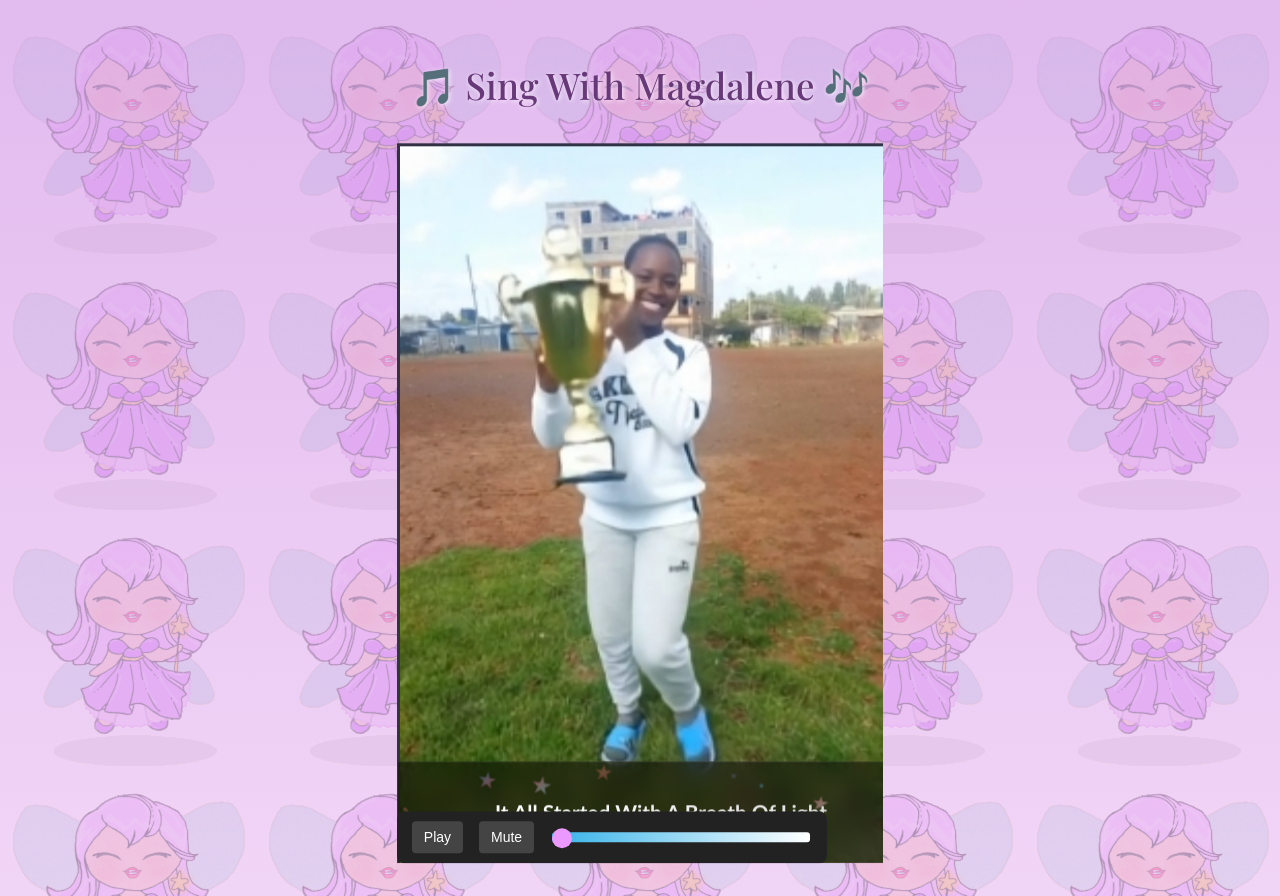
Repository: VladimirGagarin/Meg
Page: /song/beginning
These files come from the project's save history. The page is drawn as it stood at one moment and after a run of saves; the edit follows.
The browser window is 1280 px wide. The pictures show the whole page.
The project was rebuilt for these pictures with package versions that can differ from the ones it lists, and the page was loaded fresh each time. Also part of the build but not shown: vite.config.js, src/components/SongCard.css, src/components/SongCard.jsx, src/pages/HomeScreen.css, src/pages/HomeScreen.jsx. Imported but missing from the stored project, and not drawn on this page: src/assets/audios/IamMagdalene.mp3, src/assets/audios/The beginning.mp3, src/assets/audios/meg.mp3.

Above is the page before, as saved 2025-07-07 13:44:45.

After the next 4 saves:
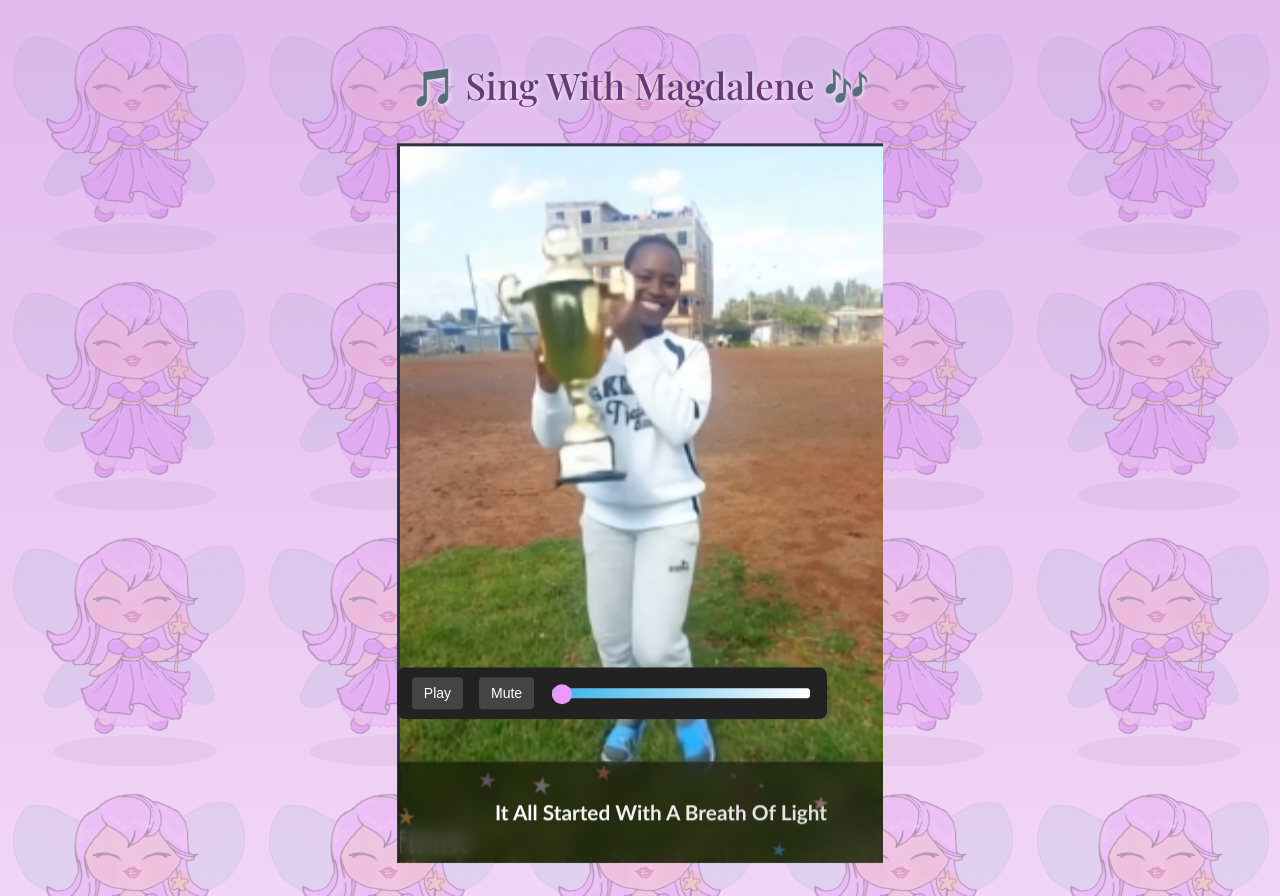
The 4 saves are shown as one change because they came seconds apart.
The last was saved 83 s later.
--- a/src/components/Controls.jsx
+++ b/src/components/Controls.jsx
@@ -104,7 +104,7 @@
     fontFamily: "'Segoe UI', Tahoma, Geneva, Verdana, sans-serif",
         position: "absolute",
         zIndex: 3,
-        bottom: 0,
+        bottom: "20%",
         left: 0,
         right: 0,
 
